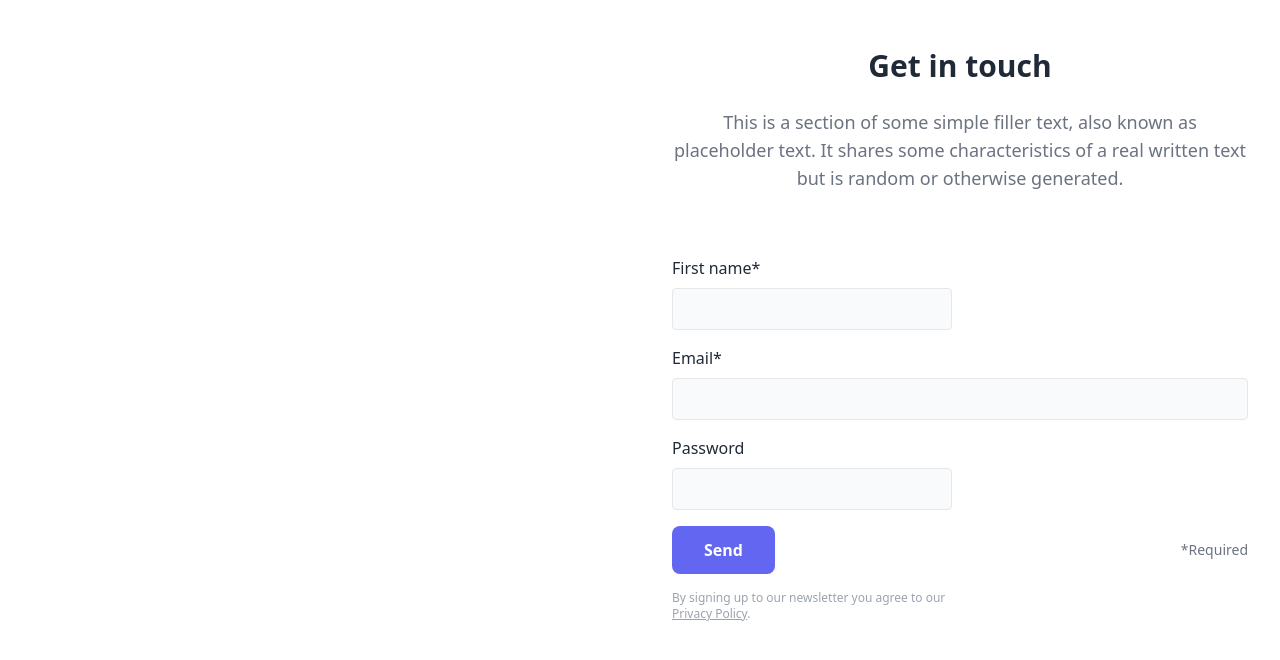
Repository: kushagrasaxena061/blogging-medium
Page: /signup (app in frontend/)
An editor plug-in stored every save of this project. The page is shown before and after the next save, followed by the edit.
The browser window is 1280 px wide. The pictures show the whole page.
The project was rebuilt for these pictures with package versions that can differ from the ones it lists, and the page was loaded fresh each time. Also part of the build but not shown: frontend/vite.config.ts, frontend/src/pages/Signin.tsx, frontend/src/pages/Blog.tsx.

Above is the page before, as saved 2024-04-16 23:00:53.

After the next save:
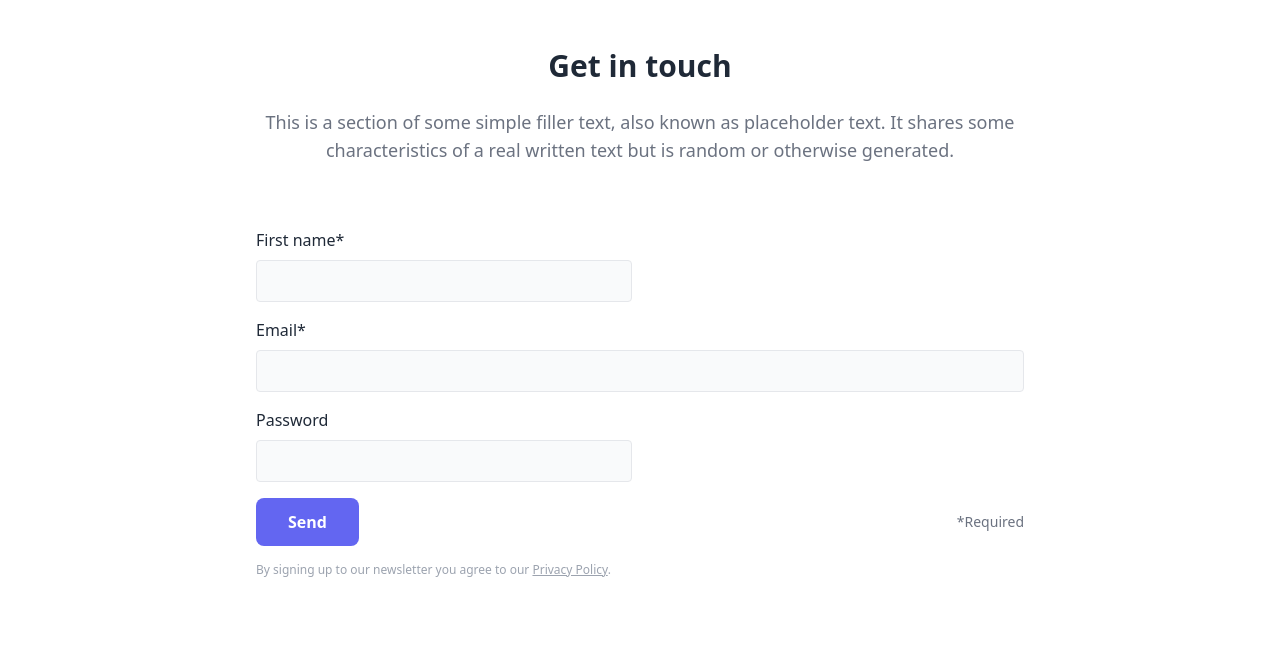
Saved 17 s later.
--- a/frontend/src/pages/Signup.tsx
+++ b/frontend/src/pages/Signup.tsx
@@ -3,11 +3,8 @@ import { Quote } from "../components/Quote";
 export const Signup = () => {
   return (
     <div>
-      <div className="grid grid-cols-2">
-        <div></div>
-        <div className="invisible md:visible">
-          <Quote />
-        </div>
+      <div className="invisible md:visible">
+        <Quote />
       </div>
     </div>
   );
